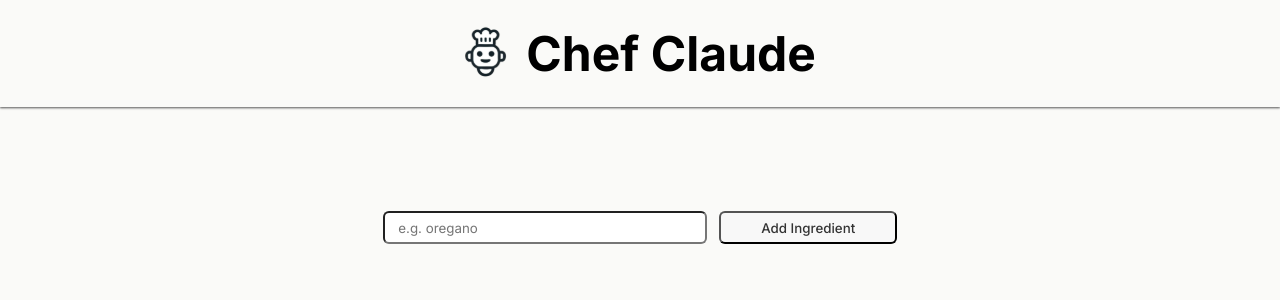
Repository: AchrafAzzaoui/Chef_Claude--React_Course_Scrimba_Project
Page: / (app in project/)
An editor plug-in stored every save of this project. The page is shown before and after the next save, followed by the edit.
The browser window is 1280 px wide. The pictures show the whole page.
The project was rebuilt for these pictures with package versions that can differ from the ones it lists, and the page was loaded fresh each time. Also part of the build but not shown: project/vite.config.js.

Above is the page before, as saved 2024-11-30 17:58:02.

### project/index.html
<!DOCTYPE html>
<html lang="en">
  <head>
    <meta charset="UTF-8" />
    <link rel="icon" type="image/svg+xml" href="/vite.svg" />
    <meta name="viewport" content="width=device-width, initial-scale=1.0" />
    <link rel="preconnect" href="https://fonts.googleapis.com" />
    <link rel="preconnect" href="https://fonts.gstatic.com" crossorigin />
    <link
      href="https://fonts.googleapis.com/css2?family=Inter:ital,opsz,wght@0,14..32,100..900;1,14..32,100..900&display=swap"
      rel="stylesheet"
    />
    <link rel="stylesheet" href="/index.css" />
    <title>Chef Claude</title>
  </head>
  <body>
    <div id="root"></div>
    <script type="module" src="/src/index.jsx"></script>
  </body>
</html>

### project/index.css
* {
  margin: 0;
  padding: 0;
  box-sizing: border-box;
  font-family: "Inter";
}
body {
  background-color: #fafaf8;
}
.header {
  display: flex;
  justify-content: center;
  align-items: center;
  padding: 1.5em 0;
  box-shadow: 0px 1px 3px 0px rgba(0, 0, 0, 0.1),
    0px 1px 2px 0px rgba(0, 0, 0, 0.6);
}
.header .logo {
  margin-right: 1.2em;
}
.header .logo img {
  max-width: 45px;
}
.header .title {
  font-weight: 300;
  font-size: 32px;
}

.main-container {
  /* max-width: 45em; Same calculation */
  width: calc(45em * 0.825); /* Ratio applied */
  margin: 0 auto;
  padding: 1.5em; /* Maintain consistent padding */
}
/* Form styling for add ingredient form */

.add-ingredient-form {
  padding: 4em 0;
}

.add-ingredient-form .form-group {
  padding: 1em;
  display: flex;
  justify-content: center;
  align-items: center;
  gap: 12px;
}

.add-ingredient-form .form-group input {
  padding: 0.5em 1em;
  flex: 2;
  border-radius: 6px;
}

.add-ingredient-form .form-group button {
  padding: 0.5em 1em;
  flex: 1;
  border-radius: 6px;
  background-color: #f8f8f8;
  color: #333;
  font-weight: 500;
  cursor: pointer;
}

### project/src/App.jsx
import Header from "./components/Header";
import Main from "./components/Main";

export default function App() {
  return (
    <>
      <Header />
      <Main />
    </>
  );
}

### project/src/components/Header.jsx
import chefClaudeIcon from "../assets/chef_claude_icon.svg";

export default function Header() {
  return (
    <header className="header">
      <div className="logo">
        <img src={chefClaudeIcon} alt="Chef Claude Icon" />
      </div>
      <div className="title">
        <h2>Chef Claude</h2>
      </div>
    </header>
  );
}

### project/src/components/Main.jsx
import Form from "./Form";

export default function Main() {
  return (
    <main className="main-container">
      <Form />
    </main>
  );
}

### project/src/components/Form.jsx
export default function Form() {
  return (
    <form className="add-ingredient-form">
      <div className="form-group">
        <input type="text" placeholder="e.g. oregano" />
        <button type="submit">Add Ingredient</button>
      </div>
    </form>
  );
}

Loaded but not shown: project/src/index.jsx (common file)

After the next save:
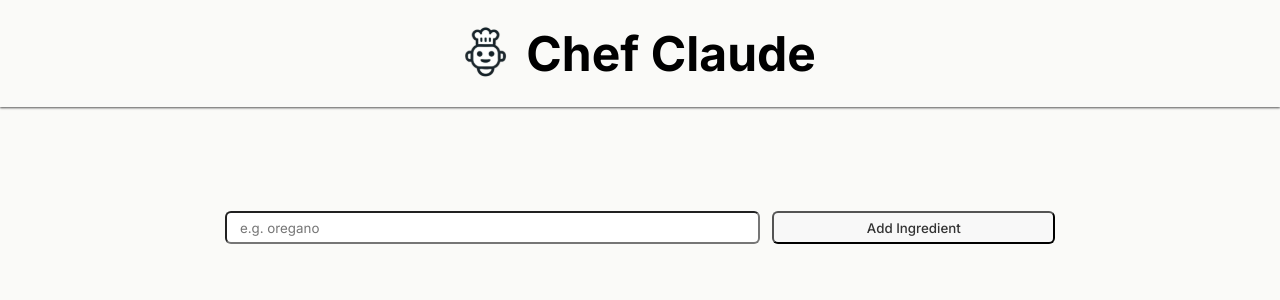
Saved 16 s later.
--- a/project/index.css
+++ b/project/index.css
@@ -28,7 +28,7 @@
 
 .main-container {
   /* max-width: 45em; Same calculation */
-  width: calc(45em * 0.825); /* Ratio applied */
+  width: calc(69em * 0.825); /* Ratio applied */
   margin: 0 auto;
   padding: 1.5em; /* Maintain consistent padding */
 }
